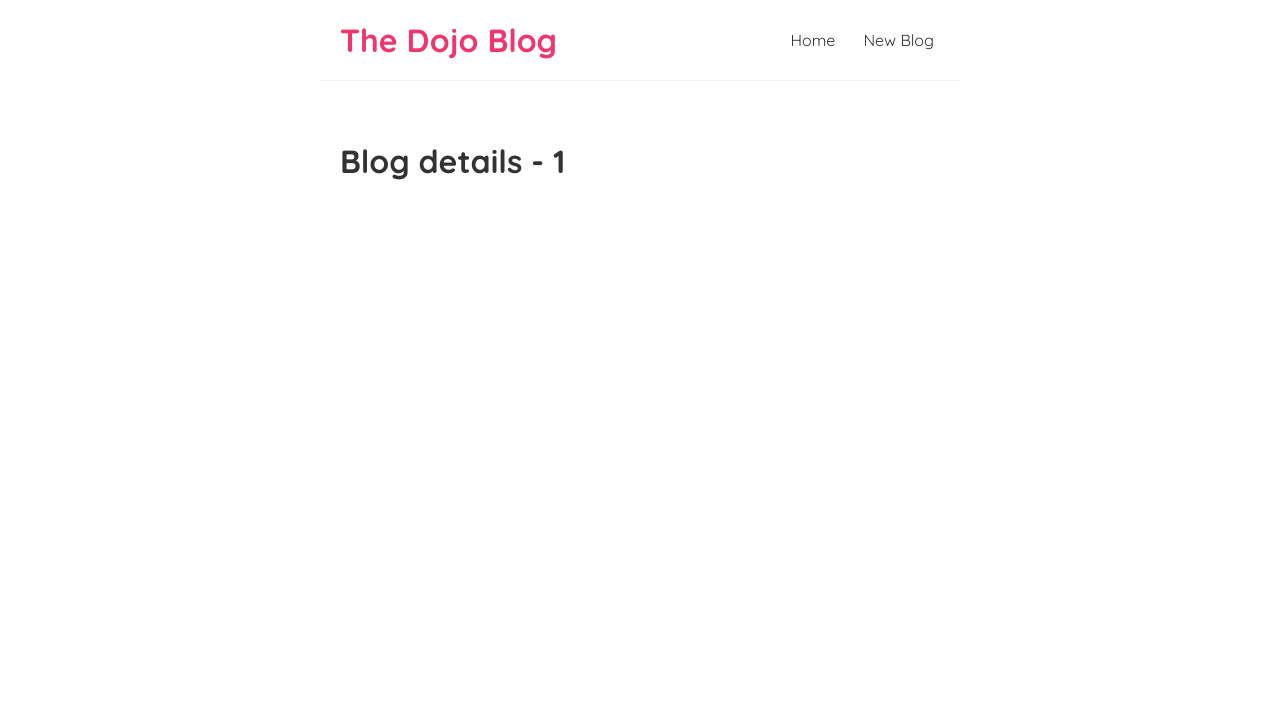
Repository: DESTINYAS/Reactjs
Page: /blogs/1
These files come from the project's save history. The page is drawn as it stood at one moment and after the next save; the edit follows.
The browser window is 1280 px wide. The pictures show the whole page.
The project was rebuilt for these pictures with package versions that can differ from the ones it lists, and the page was loaded fresh each time. Requests to the local data server were answered from the project's data file. Also part of the build but not shown: src/BlogList.js, src/Home.js, src/create.js.

Above is the page before, as saved 2022-12-01 13:26:28.

### src/index.css
@import url("https://fonts.googleapis.com/css2?family=Quicksand:wght@300;400;500;600;700&display=swap");
/* base styles */
* {
  margin: 0;
  font-family: "Quicksand";
  color: #333;
}
.navbar {
  padding: 20px;
  display: flex;
  align-items: center;
  max-width: 600px;
  margin: 0 auto;
  border-bottom: 1px solid #f2f2f2;
}
.navbar h1 {
  color: #f1356d;
}
.navbar .links {
  margin-left: auto;
}
.navbar a {
  margin-left: 16px;
  text-decoration: none;
  padding: 6px;
}
.navbar a:hover {
  color: #f1356d;
}
.content {
  max-width: 600px;
  margin: 40px auto;
  padding: 20px;
}

/* blog previews / list */
.blog-preview {
  padding: 10px 16px;
  margin: 20px 0;
  border-bottom: 1px solid #fafafa;
}
.blog-preview:hover {
  box-shadow: 1px 3px 5px rgba(0, 0, 0, 0.1);
}
.blog-preview h1 {
  font-size: 20px;
  color: #f1356d;
  margin-bottom: 8px;
}
.blog-preview a {
  text-decoration: none;
}

### src/App.js
import Navbar from "./Navbar";
import Home from "./Home";
import { BrowserRouter as Router, Route, Switch } from "react-router-dom";
import Create from "./create";
import BlogDetails from "./BlogDetails";

function App() {
  return (
    <Router>
      <div className="App">
        <Navbar />
        <div className="content">
          <Switch>
            <Route exact path="/">
              <Home />
            </Route>
            <Route path="/create">
              <Create />
            </Route>
            <Route path="/blogs/:id">
              <BlogDetails />
            </Route>
          </Switch>
        </div>
      </div>
    </Router>
  );
}

export default App;

### src/Navbar.js
import { Link } from "react-router-dom";

const Navbar = () => {
  return (
    <div className="navbar">
      <h1>The Dojo Blog</h1>
      <div className="links">
        <Link to="/">Home</Link>
        <Link to="/create">New Blog</Link>
      </div>
    </div>
  );
};

export default Navbar;

### src/BlogDetails.js
import { useParams } from "react-router-dom";
import useFetch from "./useFetch";

const BlogDetails = () => {
  const { id } = useParams();
  const { data, error, isPending } = useFetch(
    "http://localhost:8000/blogs/" + id
  );
  return (
    <div className="blog-details">
      <h1>Blog details - {id}</h1>
    </div>
  );
};

export default BlogDetails;

### src/useFetch.js
import { useState, useEffect } from "react";

const useFetch = (url) => {
  const [data, setData] = useState(null);
  const [isPending, setisPending] = useState(true);
  const [error, setError] = useState(null);

  useEffect(() => {
    const abortCont = new AbortController();
    setTimeout(() => {
      fetch(url, { signal: abortCont.signal })
        .then((res) => {
          if (!res.ok) {
            throw Error("Could not fetch the data for that resource");
          }
          // console.log(res);
          return res.json();
        })
        .then((result) => {
          setData(result);
          setisPending(false);
          setError(null);
        })
        .catch((err) => {
          if (err.name === "AbortError") {
            console.log("Fetch Aborted");
          } else {
            setisPending(false);
            setError(err.message);
          }
        });
    }, 1000);
    return () => abortCont.abort();
  }, [url]);
  return { data, isPending, error };
};
export default useFetch;

Loaded but not shown: public/index.html (common file); src/index.js (common file); data/db.json (common file)

After the next save:
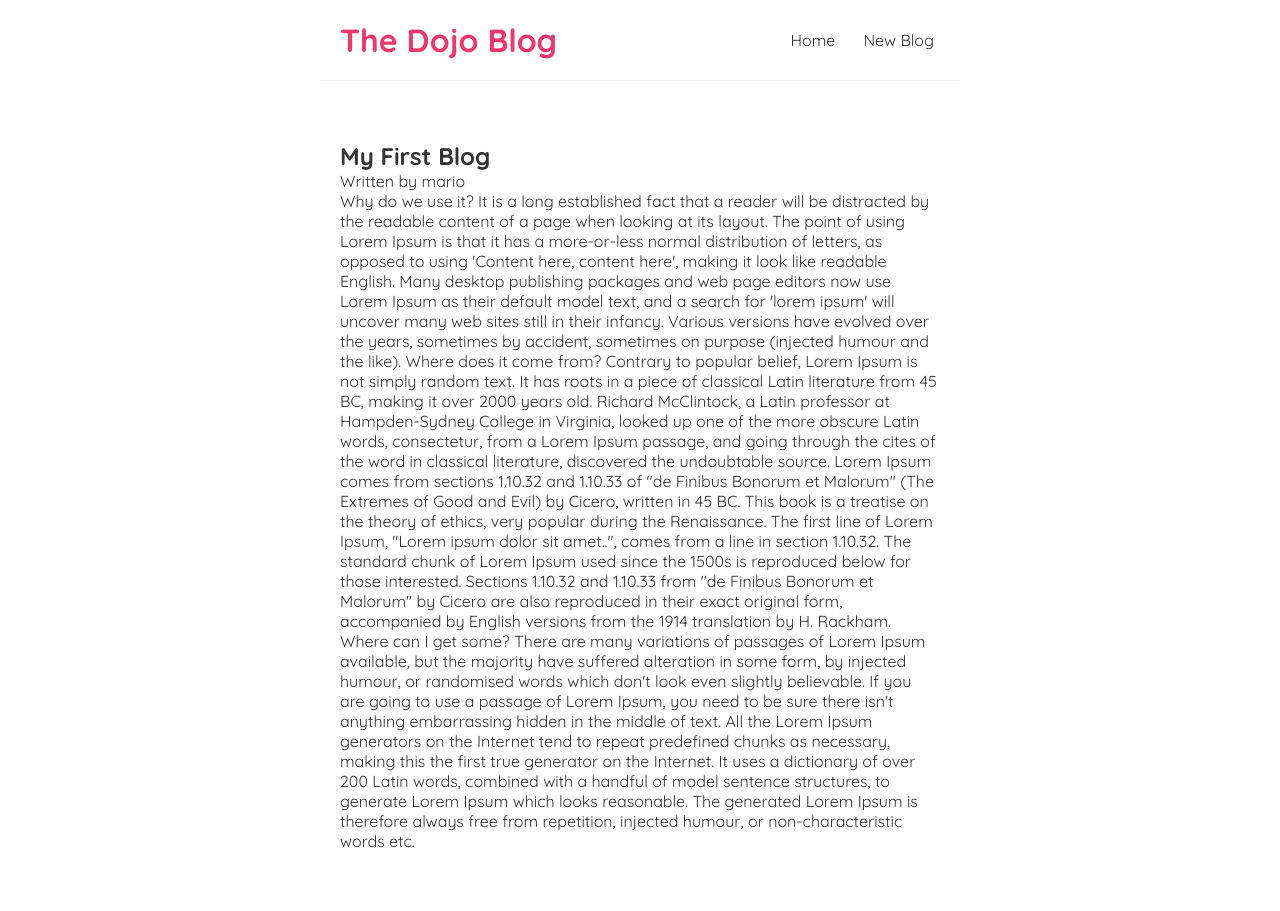
Saved 93 min 4 s later.
--- a/src/BlogDetails.js
+++ b/src/BlogDetails.js
@@ -3,12 +3,22 @@ import useFetch from "./useFetch";
 
 const BlogDetails = () => {
   const { id } = useParams();
-  const { data, error, isPending } = useFetch(
-    "http://localhost:8000/blogs/" + id
-  );
+  const {
+    data: blog,
+    error,
+    isPending,
+  } = useFetch("http://localhost:8000/blogs/" + id);
   return (
     <div className="blog-details">
-      <h1>Blog details - {id}</h1>
+      {isPending && <div>Loading....</div>}
+      {error && <div>{error}</div>}
+      {blog && (
+        <article>
+          <h2>{blog.title}</h2>
+          <p>Written by {blog.author}</p>
+          <div>{blog.body}</div>
+        </article>
+      )}
     </div>
   );
 };
